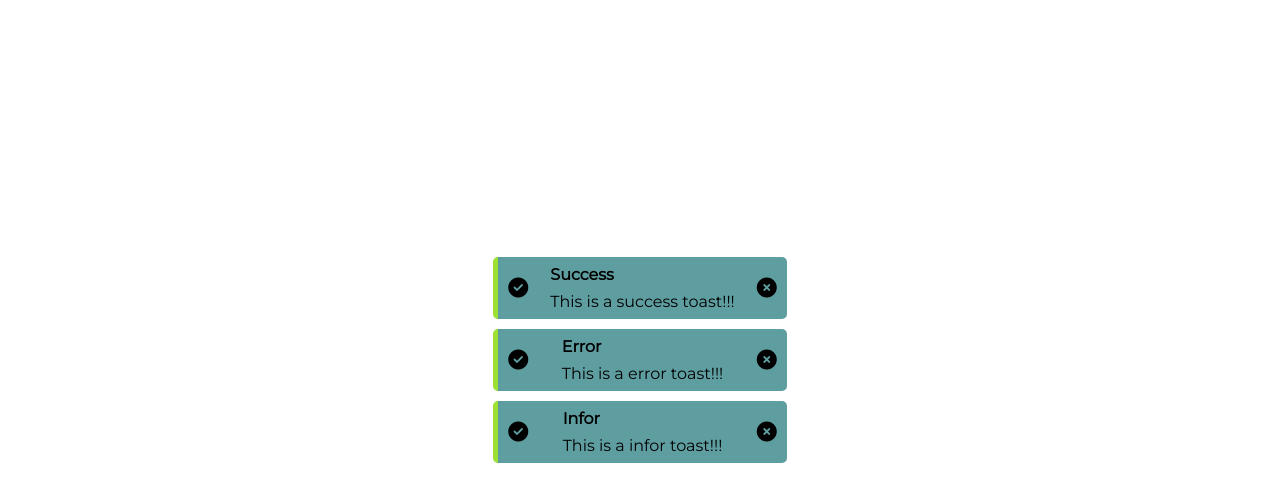
Repository: thuynguyen0964/Toast-Cooler
Page: index.html
The author's editor kept a copy of each file at every save. The page is drawn from the files as they stood at one save, then again after a run of saves.
The browser window is 1280 px wide. The pictures show the whole page.

Above is the page before, as saved 2023-01-26 20:26:43.

After the next 3 saves:
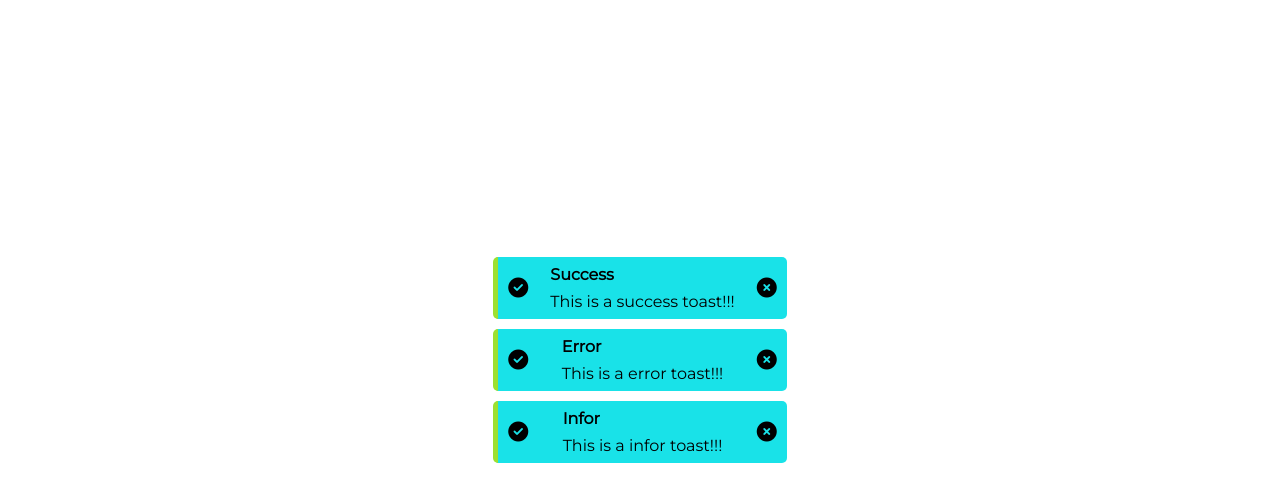
The 3 saves are shown as one change because they came seconds apart.
The last was saved 9 s later.
--- a/app/style.css
+++ b/app/style.css
@@ -19,7 +19,7 @@ body{
     display: flex;
     align-items: center;
     justify-content: space-between;
-    background-color: cadetblue;
+    background-color: #06e0e7eb;
     margin: 10px 0;
 }
 .toast__text{
